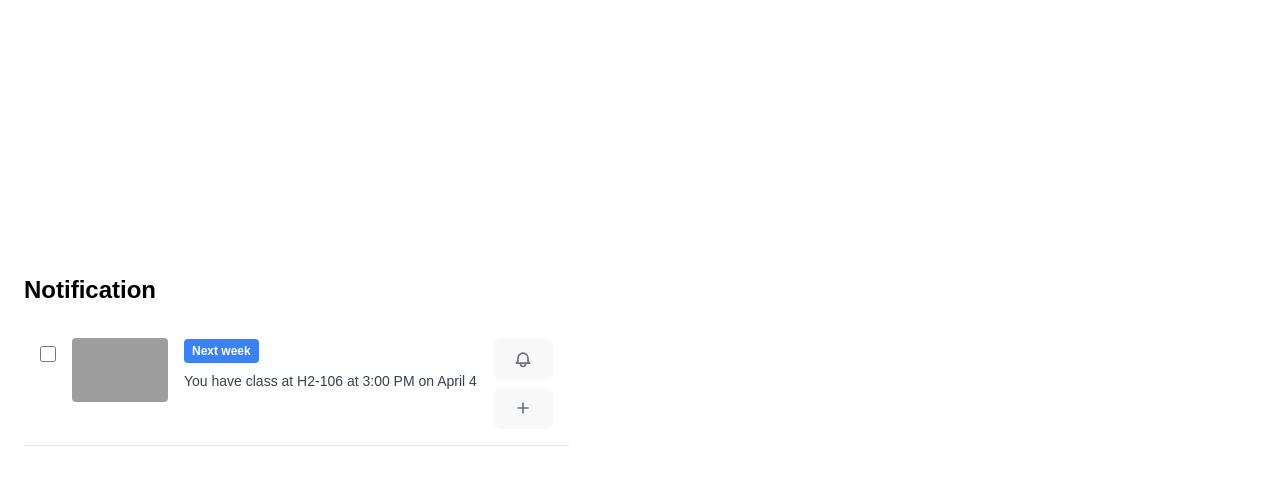
Repository: CNPM-S3MRS/frontend-web
Page: /notification
These files come from the project's save history. The page is drawn as it stood at one moment and after a run of saves; the edit follows.
The browser window is 1280 px wide. The pictures show the whole page.
Pictures or frames that could not be fetched are drawn as grey boxes. The project was rebuilt for these pictures with package versions that can differ from the ones it lists, and the page was loaded fresh each time. Also part of the build but not shown: vite.config.js, src/pages/auth/Login.jsx.

Above is the page before, as saved 2025-04-08 23:15:46.

After the next 2 saves:
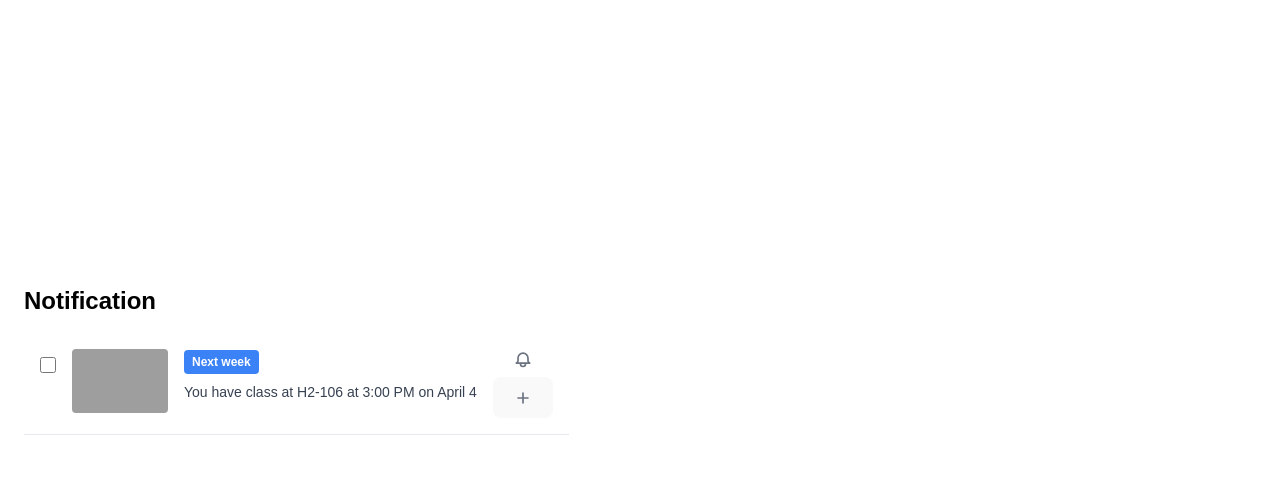
The 2 saves are shown as one change because they came seconds apart.
The last was saved 8 s later.
--- a/src/components/card/NotificationCard.jsx
+++ b/src/components/card/NotificationCard.jsx
@@ -27,7 +27,7 @@
 
       {/* Icons */}
       <div className="flex flex-col items-center space-y-2">
-        <button>
+
           <svg
             xmlns="http://www.w3.org/2000/svg"
             className="h-5 w-5 text-gray-500"
@@ -42,7 +42,7 @@
               d="M15 17h5l-1.405-1.405A2.032 2.032 0 0118 14.158V11a6 6 0 10-12 0v3.159c0 .538-.214 1.055-.595 1.436L4 17h5m6 0v1a3 3 0 11-6 0v-1m6 0H9"
             />
           </svg>
-        </button>
+
         <button>
           <svg
             xmlns="http://www.w3.org/2000/svg"

After the save that followed:
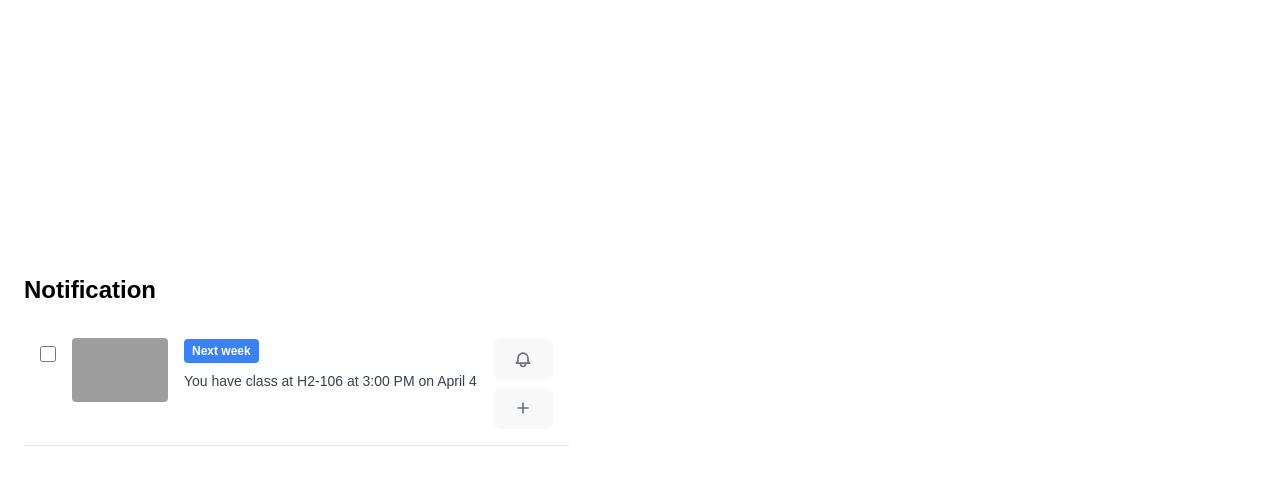
Saved 5 s later.
--- a/src/components/card/NotificationCard.jsx
+++ b/src/components/card/NotificationCard.jsx
@@ -27,39 +27,39 @@
 
       {/* Icons */}
       <div className="flex flex-col items-center space-y-2">
-
-          <svg
-            xmlns="http://www.w3.org/2000/svg"
-            className="h-5 w-5 text-gray-500"
-            fill="none"
-            viewBox="0 0 24 24"
-            stroke="currentColor"
-          >
-            <path
-              strokeLinecap="round"
-              strokeLinejoin="round"
-              strokeWidth={2}
-              d="M15 17h5l-1.405-1.405A2.032 2.032 0 0118 14.158V11a6 6 0 10-12 0v3.159c0 .538-.214 1.055-.595 1.436L4 17h5m6 0v1a3 3 0 11-6 0v-1m6 0H9"
-            />
-          </svg>
-
-        <button>
-          <svg
-            xmlns="http://www.w3.org/2000/svg"
-            className="h-5 w-5 text-gray-500"
-            fill="none"
-            viewBox="0 0 24 24"
-            stroke="currentColor"
-          >
-            <path
-              strokeLinecap="round"
-              strokeLinejoin="round"
-              strokeWidth={2}
-              d="M12 6v6m0 0v6m0-6h6m-6 0H6"
-            />
-          </svg>
-        </button>
-      </div>
+      <button>
+        <svg
+          xmlns="http://www.w3.org/2000/svg"
+          className="h-5 w-5 text-gray-500"
+          fill="none"
+          viewBox="0 0 24 24"
+          stroke="currentColor"
+        >
+          <path
+            strokeLinecap="round"
+            strokeLinejoin="round"
+            strokeWidth={2}
+            d="M15 17h5l-1.405-1.405A2.032 2.032 0 0118 14.158V11a6 6 0 10-12 0v3.159c0 .538-.214 1.055-.595 1.436L4 17h5m6 0v1a3 3 0 11-6 0v-1m6 0H9"
+          />
+        </svg>
+      </button>
+      <button>
+        <svg
+          xmlns="http://www.w3.org/2000/svg"
+          className="h-5 w-5 text-gray-500"
+          fill="none"
+          viewBox="0 0 24 24"
+          stroke="currentColor"
+        >
+          <path
+            strokeLinecap="round"
+            strokeLinejoin="round"
+            strokeWidth={2}
+            d="M12 6v6m0 0v6m0-6h6m-6 0H6"
+          />
+        </svg>
+      </button>
+    </div>
     </div>
   );
 };
